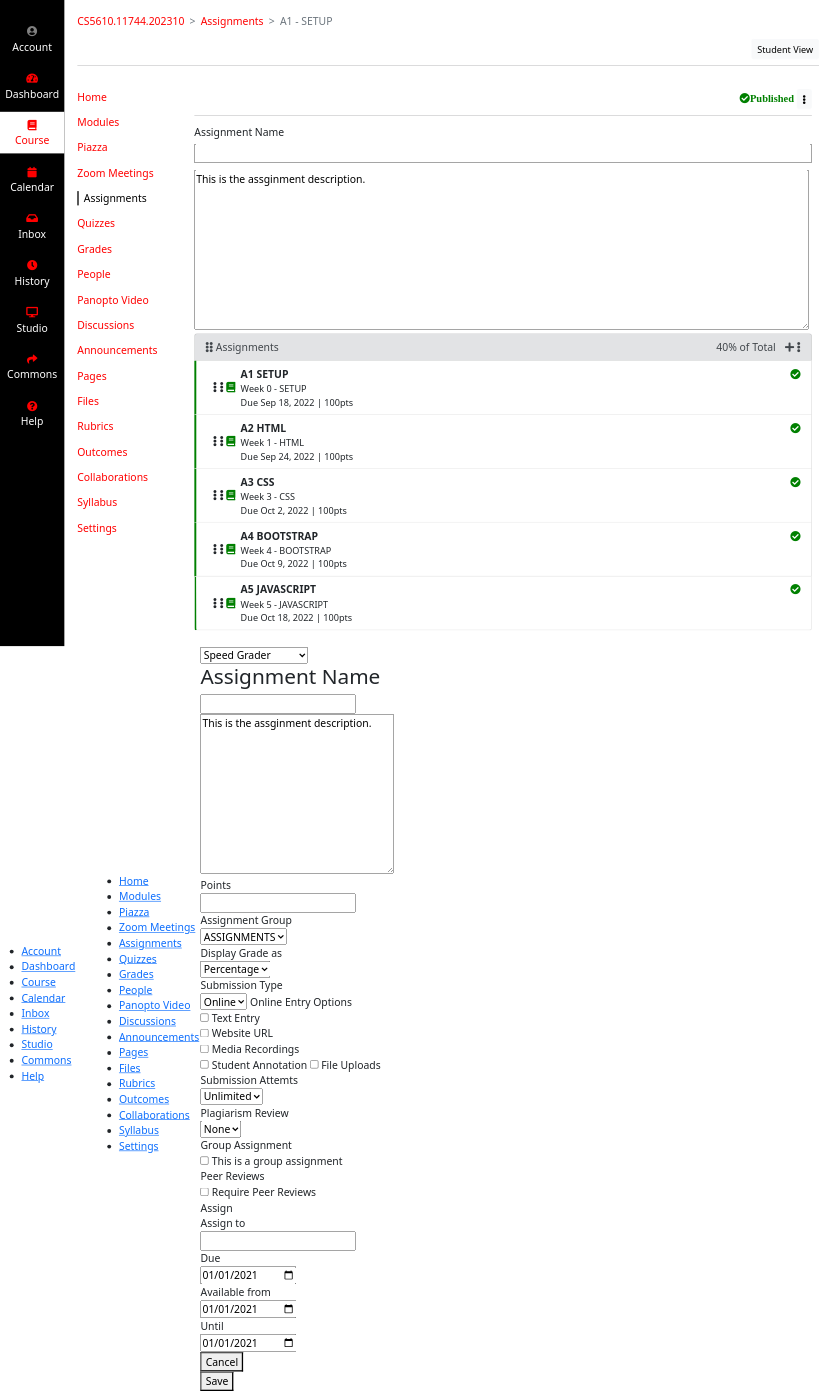
Repository: yuqiant/kanbas-react-web-app
Page: public/kanbas/assignment/edit.html
The author's editor kept a copy of each file at every save. The page is drawn from the files as they stood at one save, then again after the next save.
The browser window is 1280 px wide. The pictures show the whole page, at 65% of full size.

Above is the page before, as saved 2023-10-05 00:39:57.

### public/kanbas/assignment/edit.html
<!DOCTYPE html>
<html lang="en">

<head>

    <meta charset="UTF-8">
    <meta name="viewport" content="width=device-width, initial-scale=1.0">
    <title>Flexbox Layout</title>
    <link rel="stylesheet" href="../../vendors/fontawesome/css/all.min.css">
    <link rel="stylesheet" href="../../vendors/bootstrap/css/bootstrap.min.css" />
    <link href="index.css" rel="stylesheet" />

</head>

<body>
    <div class="flex-container">
        <div class="left-column">

            <ul>
                <li><i class="fa fa-user-circle fa-inverse" style="color: grey;"></i><a
                        href="../account/account.html">Account</a> </li>
                <li><i class="fas fa-tachometer-alt" style="color: red;"></i><a href="#">Dashboard</a></li>
                <li class="active"><i class="fas fa-book" style="color: red;"></i><a
                        href="../course/courseNavigation.html" style="color: red;">Course</a>
                </li>
                <li><i class="fas fa-calendar" style="color: red;""></i><a href=" #">Calendar</a></li>
                <li><i class="fas fa-inbox" style="color: red;"></i><a href="#">Inbox</a></li>
                <li><i class="fas fa-clock" style="color: red;"></i><a href="#">History</a></li>
                <li><i class="fas fa-desktop" style="color: red;"></i><a href="#">Studio</a></li>
                <li><i class="fas fa-share" style="color: red;"></i><a href="#">Commons</a></li>
                <li><i class="fas fa-question-circle" style="color: red;"></i><a href="#">Help</a></li>
            </ul>

        </div>
        <div class="right-column">

            <div class="right-top">
                <nav style="--bs-breadcrumb-divider: '>'; color: red;" aria-label="breadcrumb">
                    <ol class="breadcrumb">
                        <li class="breadcrumb-item"><a href="../dashboard/index.html"
                                style="color: red;">CS5610.11744.202310</a></li>
                        <li class="breadcrumb-item"><a href="index.html" style="color: red;">Assignments</a></li>
                        <li class="breadcrumb-item active" aria-current="page">A1 - SETUP</li>
                    </ol>
                </nav>


                <div class="float-sm-end"> <button class="btn btn-light btn-sm">Student View</button>
                </div><br />
                <hr />


            </div>
            <div class="right-bottom">


                <div class="right-bottom-item1">


                    <ul>
                        <li><a href="../home.html">Home</a></li>
                        <li><a href="#">Modules</a></li>
                        <li><a href="#">Piazza</a></li>
                        <li><a href="#">Zoom Meetings</a></li>
                        <li class="active"><a href="assignment/index.html" style="color: black;">Assignments</a></li>
                        <li><a href="#">Quizzes</a></li>
                        <li><a href="grades.html">Grades</a></li>
                        <li><a href="#">People</a></li>
                        <li><a href="#">Panopto Video</a></li>
                        <li><a href="#">Discussions</a></li>
                        <li><a href="#">Announcements</a></li>
                        <li><a href="#">Pages</a></li>
                        <li><a href="#">Files</a></li>
                        <li><a href="#">Rubrics</a></li>
                        <li><a href="#">Outcomes</a></li>
                        <li><a href="#">Collaborations</a></li>
                        <li><a href="#">Syllabus</a></li>
                        <li><a href="coursesetting.html">Settings</a></li>
                    </ul>
                </div>

                <div class="right-bottom-item2">


                    <div class="float-sm-end">
                        <i class="fas fa-check-circle" style="color: green;">Published</i>
                        <button class="btn btn-light btn-sm"><i class="fas fa-ellipsis-v"></i></button>

                    </div><br>
                    <hr />
                    <h6>Assignment Name</h6>

                    <input id="text-fields-assginment" style="width: 950px; margin-bottom: 10px;" /><br />
                    <form id="textarea">
                        <textarea cols="100" rows="10">This is the assginment description.</textarea>
                    </form>






                    <!-- Module 1 -->
                    <div class="list-group mb-4">
                        <a href="edit.html" class="list-group-item list-group-item-secondary"><i
                                class="fas fa-ellipsis-v"></i><i class="fas fa-ellipsis-v"></i>
                            Assignments
                            <div class="float-sm-end">
                                <span class="percentage">40% of Total</span>
                                <span class="icon"><i class="fa fa-plus" aria-hidden="true"></i></span>
                                <span class="icon"><i class="fa fa-ellipsis-v" aria-hidden="true"></i></span>
                            </div>


                        </a>

                        <a href="edit.html" class="list-group-item d-flex justify-content-between align-items-start">

                            <div class="d-flex align-items-center">
                                <div>
                                    <i class="fas fa-ellipsis-v"></i>
                                    <i class="fas fa-ellipsis-v"></i>
                                    <i class="fas fa-book" style="color: green;"></i>

                                </div>
                                <div class="ms-2">
                                    <div class="fw-bold">A1 SETUP</div>
                                    <div style="font-size: 14px;">Week 0 - SETUP<br />Due Sep 18, 2022 | 100pts</div>
                                </div>
                            </div>
                            <div class="float-sm-end"><i class="fas fa-check-circle" style="color: green;"></i></div>



                            </li>

                            <a href="edit.html"
                                class="list-group-item d-flex justify-content-between align-items-start">

                                <div class="d-flex align-items-center">
                                    <div>
                                        <i class="fas fa-ellipsis-v"></i>
                                        <i class="fas fa-ellipsis-v"></i>
                                        <i class="fas fa-book" style="color: green;"></i>

                                    </div>
                                    <div class="ms-2">
                                        <div class="fw-bold">A2 HTML</div>
                                        <div style="font-size: 14px;">Week 1 - HTML<br />Due Sep 24, 2022 | 100pts</div>
                                    </div>


                                </div>
                                <div class="float-sm-end"><i class="fas fa-check-circle" style="color: green;"></i>
                                </div>


                            </a>
                            <a href="edit.html"
                                class="list-group-item d-flex justify-content-between align-items-start">

                                <div class="d-flex align-items-center">
                                    <div>
                                        <i class="fas fa-ellipsis-v"></i>
                                        <i class="fas fa-ellipsis-v"></i>
                                        <i class="fas fa-book" style="color: green;"></i>

                                    </div>
                                    <div class="ms-2">
                                        <div class="fw-bold">A3 CSS</div>
                                        <div style="font-size: 14px;">Week 3 - CSS<br />Due Oct 2, 2022 | 100pts</div>
                                    </div>

                                </div>
                                <div class="float-sm-end"><i class="fas fa-check-circle" style="color: green;"></i>
                                </div>

                            </a>
                            <a href="edit.html"
                                class="list-group-item d-flex justify-content-between align-items-start">

                                <div class="d-flex align-items-center">
                                    <div>
                                        <i class="fas fa-ellipsis-v"></i>
                                        <i class="fas fa-ellipsis-v"></i>
                                        <i class="fas fa-book" style="color: green;"></i>

                                    </div>
                                    <div class="ms-2">
                                        <div class="fw-bold">A4 BOOTSTRAP</div>
                                        <div style="font-size: 14px;">Week 4 - BOOTSTRAP<br />Due Oct 9, 2022 | 100pts
                                        </div>
                                    </div>
                                </div>
                                <div class="float-sm-end"><i class="fas fa-check-circle" style="color: green;"></i>
                                </div>

                            </a>
                            <a href="edit.html"
                                class="list-group-item d-flex justify-content-between align-items-start">

                                <div class="d-flex align-items-center">
                                    <div>
                                        <i class="fas fa-ellipsis-v"></i>
                                        <i class="fas fa-ellipsis-v"></i>
                                        <i class="fas fa-book" style="color: green;"></i>

                                    </div>
                                    <div class="ms-2">
                                        <div class="fw-bold">A5 JAVASCRIPT</div>
                                        <div style="font-size: 14px;">Week 5 - JAVASCRIPT<br />Due Oct 18, 2022 | 100pts
                                        </div>
                                    </div>
                                </div>
                                <div class="float-sm-end"><i class="fas fa-check-circle" style="color: green;"></i>
                                </div>


                            </a>
                    </div>
                </div>
            </div>

        </div>
    </div>
    </div>
</body>


<body>
    <table>
        <tr>
            <td id="firstColumn" style="width: 150px;">
                <ul>
                    <li><a href="index.html">Account</a></li>
                    <li><a href="#">Dashboard</a></li>
                    <li><a href="../coursecol.html">Course</a></li>
                    <li><a href="#">Calendar</a></li>
                    <li><a href="#">Inbox</a></li>
                    <li><a href="#">History</a></li>
                    <li><a href="#">Studio</a></li>
                    <li><a href="#">Commons</a></li>
                    <li><a href="#">Help</a></li>
                </ul>
            </td>
            <td id="secondColumn" style="width: 150px;">
                <ul>
                    <li><a href="../home.html">Home</a></li>
                    <li><a href="#">Modules</a></li>
                    <li><a href="#">Piazza</a></li>
                    <li><a href="#">Zoom Meetings</a></li>
                    <li><a href="index.html">Assignments</a></li>
                    <li><a href="#">Quizzes</a></li>
                    <li><a href="../grades.html">Grades</a></li>
                    <li><a href="#">People</a></li>
                    <li><a href="#">Panopto Video</a></li>
                    <li><a href="#">Discussions</a></li>
                    <li><a href="#">Announcements</a></li>
                    <li><a href="#">Pages</a></li>
                    <li><a href="#">Files</a></li>
                    <li><a href="#">Rubrics</a></li>
                    <li><a href="#">Outcomes</a></li>
                    <li><a href="#">Collaborations</a></li>
                    <li><a href="#">Syllabus</a></li>
                    <li><a href="../coursesetting.html">Settings</a></li>
                </ul>
            </td>
            <td id="thirdColumn" style="width: 250px;">
                <form id="text-fields">

                    <select id="select-one">
                        <option value="ALL">Speed Grader</option>
                        <option value="ALL">Edit</option>
                        <option value="ALL">Duplicate</option>
                        <option value="ALL">Delete</option>
                        <option value="ALL">Move To...</option>
                        <option value="ALL">Send To...</option>
                        <option value="ALL">Copy To...</option>
                        <option value="ALL">Share to Commons</option>
                    </select>
                </form>

                <h2>Assignment Name</h2>

                <input id="text-fields-assginment" /><br />
                <form id="textarea">

                    <textarea cols="30" rows="10">This is the assginment description.</textarea>
                </form>

                <div>Points</div>
                <form id="text-fields">
                    <input id="text-fields-assginment" /><br />
                </form>

                <div>Assignment Group</div>
                <select id="select-one">
                    <option value="ALL">ASSIGNMENTS</option>
                </select>

                <div>Display Grade as</div>
                <select id="select-one">
                    <option value="ALL">Percentage</option>
                </select>

                <div>Submission Type</div>
                <select id="select-one">
                    <option value="ALL">Online</option>
                </select>

                <label>Online Entry Options</label>
                <br />
                <input type="checkbox" value="TEXTENTRY" name="check-genre" id="chkbox-textentry" />
                <label for="chkbox-textentry">Text Entry</label> <br />
                <input type="checkbox" value="WEBSITEURL" name="check-genre" id="chkbox-websiteurl" />
                <label for="chkbox-websiteurl">Website URL</label> <br />
                <input type="checkbox" value="MEDIARECORDINGS" name="check-genre" id="chkbox-mediarecordings" />
                <label for="chkbox-mediarecordings">Media Recordings</label> <br />
                <input type="checkbox" value="STUDENTANNOTATION" name="check-genre" id="chkbox-studentannotation" />
                <label for="chkbox-studentannotation">Student Annotation</label>
                <input type="checkbox" value="FILEUPLOADS" name="check-genre" id="chkbox-fileuploads" />
                <label for="chkbox-fileuploads">File Uploads</label>

                <div>Submission Attemts</div>
                <select id="select-one">
                    <option value="ALL">Unlimited</option>
                </select>

                <div>Plagiarism Review</div>
                <select id="select-one">
                    <option value="ALL">None</option>
                </select>

                <div>Group Assignment
                    <br />
                    <input type="checkbox" value="GROUPASSIGNMENT" name="check-genre" id="chkbox-groupassignment" />
                    <label for="chkbox-groupassignment">This is a group assignment</label> <br />
                </div>

                <div>Peer Reviews
                    <br />
                    <input type="checkbox" value="PEERREVIEWS" name="check-genre" id="chkbox-peerrivews" />
                    <label for="chkbox-peerrivews">Require Peer Reviews</label> <br />
                </div>

                <div>Assign</div>
                <div>Assign to</div>
                <form id="text-fields">
                    <input id="text-fields-assginment" /><br />
                </form>

                <div>Due</div>
                <input type="date" id="text-fields-dob" value="2021-01-01" /><br />

                <div>Available from</div>
                <input type="date" id="text-fields-dob" value="2021-01-01" /><br />

                <div>Until</div>
                <input type="date" id="text-fields-dob" value="2021-01-01" /><br />


                <form action="assignment.html" method="get">
                    <button type="cancel">Cancel</button>
                </form>

                <form action="assignment.html" method="get">
                    <button type="save">Save</button>
                </form>




            </td>

        </tr>
    </table>

</body>

</html>

### public/kanbas/assignment/index.css
.flex-container {
    display: flex;
    height: 100%;
}

/* 左边列 */
.left-column {
    /* flex: 1; */
    /* 占据可用空间的一部分 */
    /* padding: 20px; */
    width: 0 0 80px;
    /* Adjust sidebar width as needed (between 75 and 85 pixels) */
    background-color: black;
    color: white;
    text-align: center;
    padding-top: 20px;
}

.left-column ul {
    list-style-type: none;
    padding: 0;
}

.left-column li {
    margin: 8px 0;
    /* Adjust margin between links as needed (between 5 and 10 pixels) */
    padding: 8px;
    /* Adjust padding around links as needed (between 5 and 10 pixels) */
}

.left-column li.active {
    color: red;
    background-color: white;


}



.left-column a {
    color: white;
    text-decoration: none;
    display: block;
}

.right-column {

    flex: 2;
    /* 占据可用空间的两部分 */
    display: flex;
    flex-direction: column;
    /* 垂直方向排列 */
}

/* 右上部分 */
.right-top {
    padding: 20px;
}

/* 右下部分分为三竖着的部分 */
.right-bottom {
    display: flex;
    flex-direction: row;
    /* 垂直方向排列 */
    flex: 1;
    /* 均分可用空间 */
}

/* 每个竖着的部分 */
.right-bottom-item {
    flex: 1;
    /* 均分可用空间 */
    padding: 10px;
}

.right-bottom-item1 {
    width: 200px;

    /* padding: 10px; */
    border-left: 25px
}

.right-bottom-item1 a {
    color: red;
    text-decoration: none;

}


.right-bottom-item1 ul {
    list-style: none;
    padding: 0;
}

.right-bottom-item1 li {
    margin-bottom: 15px;
    padding-left: 20px;
}

.right-bottom-item1 li.active a {
    color: black;
    padding-left: 8px;

    /* padding-right: 10px; */

    border-left: 2px solid black;
}


.right-bottom-item2 {
    width: 950px;

    /* padding: 10px; */
    border-left: 25px;
    /* flex-direction: column; */
}

.custom-indent {
    padding-left: 40px;
    /* 调整适当的缩进大小 */
}

.right-bottom-item3 {
    width: 200px;

    padding-left: 25px;
    /* padding: 10px; */
    /* border-left: 25px; */
    /* flex-direction: column; */
}

.smaller-text {
    font-size: 14px;
}

.percentage {
    display: inline-block;
    margin-right: 10px;
    /* 添加间距 */
}

.icon {
    display: inline-block;
}

.align-items-center {
    padding-left: 10px;
}

.align-items-start {
    border-left: 3px solid green;

}

.breadcrumb-item a {
    text-decoration: none;
}

Loaded but not shown: public/vendors/fontawesome/css/all.min.css (library); public/vendors/bootstrap/css/bootstrap.min.css (library)

After the next save:
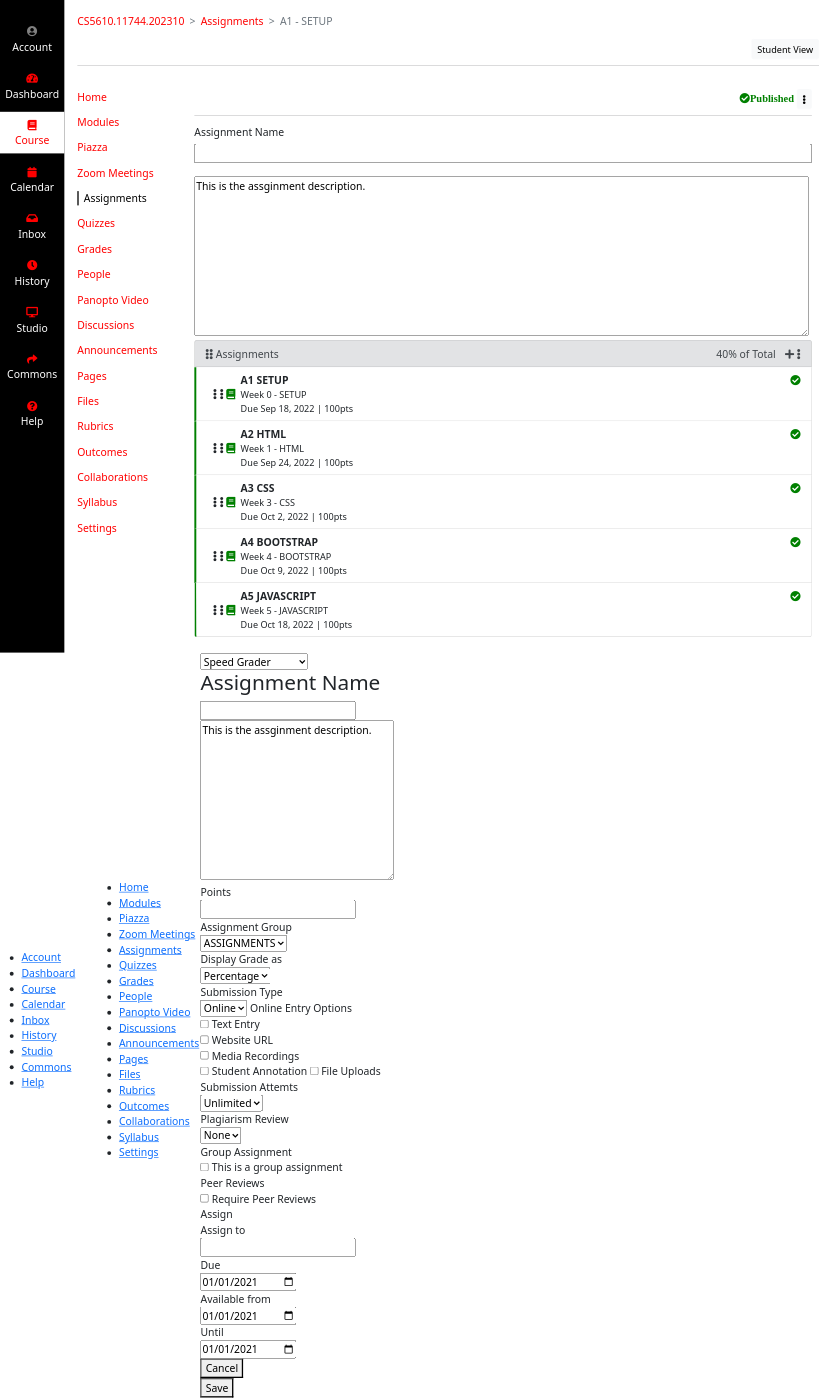
Saved 12 s later.
--- a/public/kanbas/assignment/edit.html
+++ b/public/kanbas/assignment/edit.html
@@ -90,7 +90,7 @@
                     <hr />
                     <h6>Assignment Name</h6>
 
-                    <input id="text-fields-assginment" style="width: 950px; margin-bottom: 10px;" /><br />
+                    <input id="text-fields-assginment" style="width: 950px; margin-bottom: 20px;" /><br />
                     <form id="textarea">
                         <textarea cols="100" rows="10">This is the assginment description.</textarea>
                     </form>
